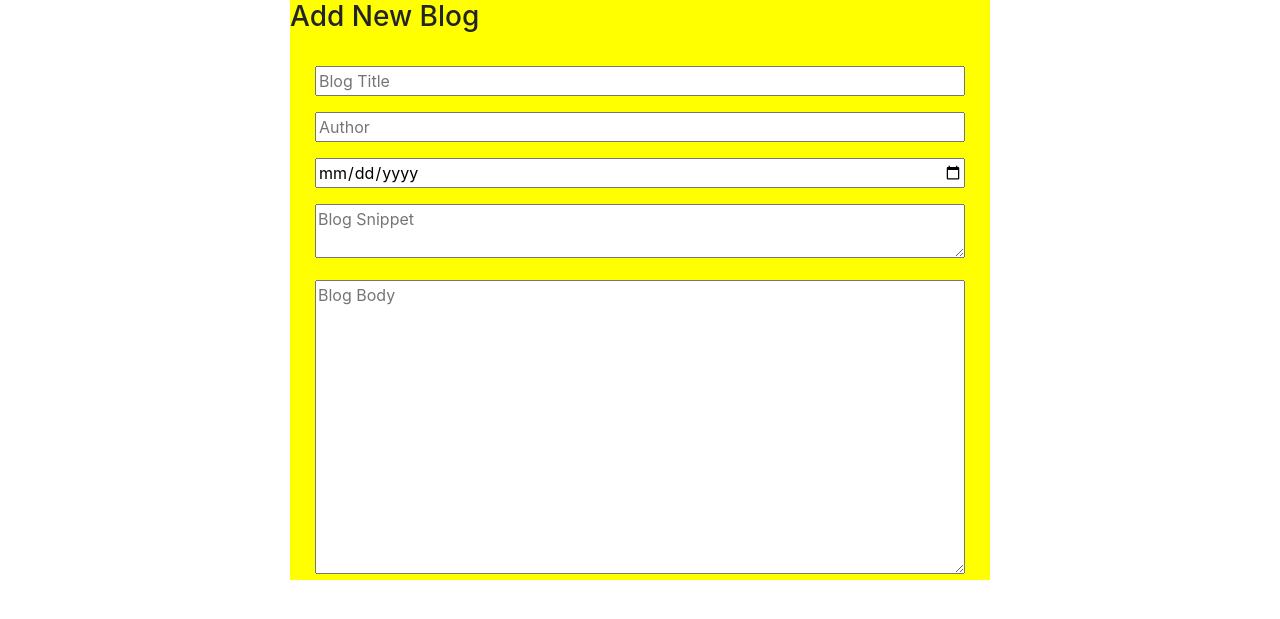
Repository: just-mann/just-blog
Page: http://localhost/add-blog
An editor plug-in stored every save of this project. The page is shown before and after the next save, followed by the edit.
The browser window is 1280 px wide. The pictures show the whole page.
The page is served by the project's Node server (index.js).

Above is the page before, as saved 2022-01-29 12:33:36.

### views/add-blog.ejs
<!doctype html>
<html lang="en">
  <head>
    <title>JUSTCODE | Add New Blog</title>
    <!-- Required meta tags -->
    <meta charset="utf-8">
    <meta name="viewport" content="width=device-width, initial-scale=1, shrink-to-fit=no">
    <!-- Bootstrap CSS -->
    <link rel="stylesheet" href="https://stackpath.bootstrapcdn.com/bootstrap/4.3.1/css/bootstrap.min.css" integrity="sha384-ggOyR0iXCbMQv3Xipma34MD+dH/1fQ784/j6cY/iJTQUOhcWr7x9JvoRxT2MZw1T" crossorigin="anonymous">
    <link rel="stylesheet" href="app.css">
  </head>
  <body>
    <div class="addBlog">
      <h3>Add New Blog</h3>
      <form action="/add-new-blog" method="POST">
        <div class="titleDiv">
          <input type="text" name="title" class="blog-title" placeholder="Blog Title">
        </div>
        <div class="authorDiv">
          <input type="text" name="title" class="blog-author" placeholder="Author">
        </div>
        <div class="dateDiv">
          <input type="date" name="date" class="blog-date">
        </div>
        <div class="snippetDiv">
          <textarea name="blog-snippet" id="blog-snippet" cols="30" rows="2.5" class="blog-snippet" placeholder="Blog Snippet"></textarea>
        </div>
        <div>
          <textarea name="blog-body" id="blog-body" cols="30" rows="12" class="blog-body" placeholder="Blog Body"></textarea>
        </div>
      </form>
    </div>

    <!-- Optional JavaScript -->
    <!-- jQuery first, then Popper.js, then Bootstrap JS -->
    <script src="https://code.jquery.com/jquery-3.3.1.slim.min.js" integrity="sha384-q8i/X+965DzO0rT7abK41JStQIAqVgRVzpbzo5smXKp4YfRvH+8abtTE1Pi6jizo" crossorigin="anonymous"></script>
    <script src="https://cdnjs.cloudflare.com/ajax/libs/popper.js/1.14.7/umd/popper.min.js" integrity="sha384-UO2eT0CpHqdSJQ6hJty5KVphtPhzWj9WO1clHTMGa3JDZwrnQq4sF86dIHNDz0W1" crossorigin="anonymous"></script>
    <script src="https://stackpath.bootstrapcdn.com/bootstrap/4.3.1/js/bootstrap.min.js" integrity="sha384-JjSmVgyd0p3pXB1rRibZUAYoIIy6OrQ6VrjIEaFf/nJGzIxFDsf4x0xIM+B07jRM" crossorigin="anonymous"></script>
  </body>
</html>

### index.js
const express = require('express');
const cors = require('cors');
const bodyParser = require('body-parser');


const app = express();

// BodyParser to tidy up the input from the form
app.use(bodyParser.urlencoded({ extended: true }));

// Static
app.use(express.static('public'))


// Setting the view engine
app.set('view engine', 'ejs');




// Get all the blogs from the database
app.get('/api/blogs', cors(), (req, res) => {
    res.send('Server is running.');
})

// Render the form that let's you add a new blog
app.get('/add-blog', (req, res) => {
    res.render('add-blog');
})


// Add new blog to the database
app.post('/add-new-blog', (req, res) => {

})







const PORT = process.env.PORT || 5000;
app.listen(PORT, () => console.log(`Server is running on port ${PORT}`))

### public/app.css


.addBlog {
    max-width: 700px;
    margin: auto;
    background: yellow;
}

form {
    max-width: 650px;
    margin: 2rem auto;
}

form div {
    width: 100%;
    margin: 1rem 0;
}

form div input {
    width: 100%;
}

form div textarea {
    width: 100%;
}

After the next save:
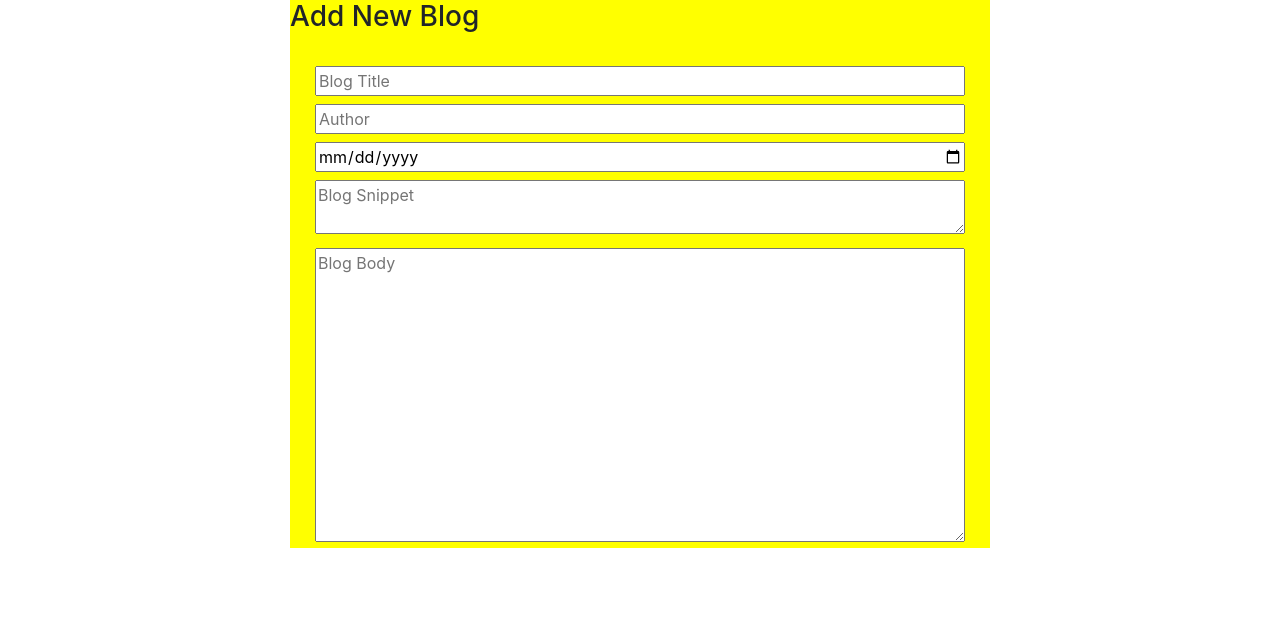
Saved 10 s later.
--- a/public/app.css
+++ b/public/app.css
@@ -13,7 +13,7 @@ form {
 
 form div {
     width: 100%;
-    margin: 1rem 0;
+    margin: 0.5rem 0;
 }
 
 form div input {
